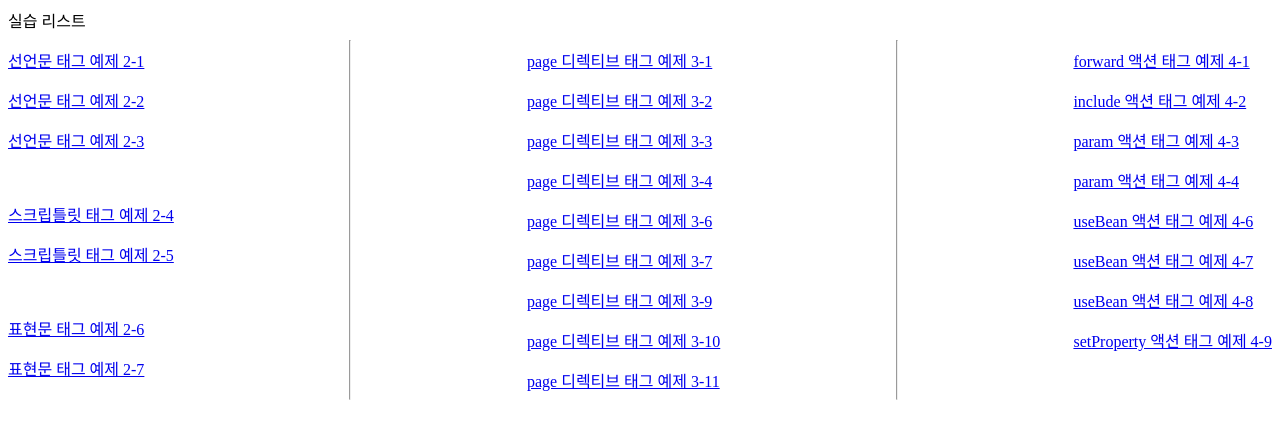
Repository: man332414/myJspStudy
Page: http://localhost/jspbook/
These files come from the project's save history. The page is drawn as it stood at one moment and after the next save; the edit follows.
The browser window is 1280 px wide. The pictures show the whole page.
The page is served by Tomcat 10. Nobody is signed in. The application's start-up code is not run.

Above is the page before, as saved 2024-10-10 07:37:58.

After the next save:
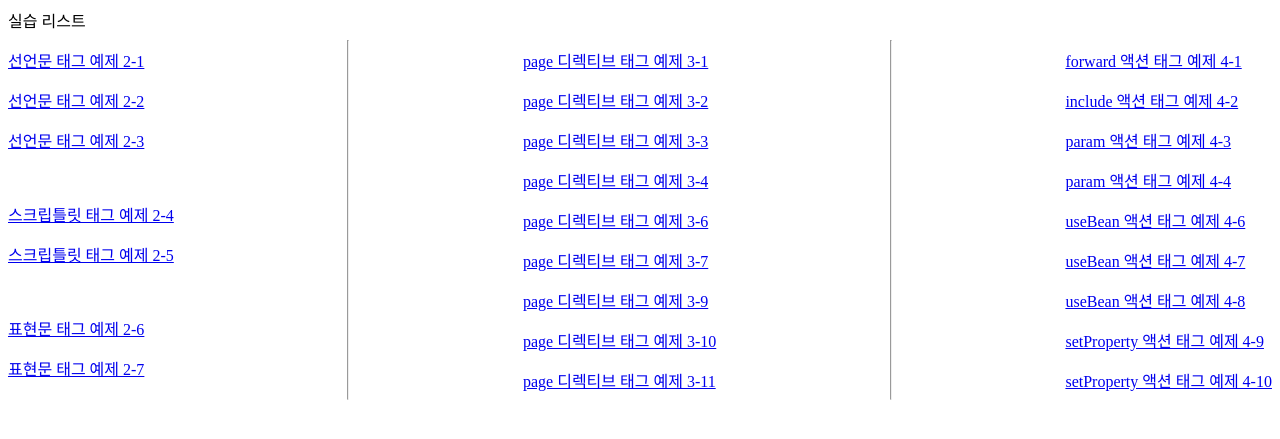
Saved 45 s later.
--- a/jspbook/src/main/webapp/index.jsp
+++ b/jspbook/src/main/webapp/index.jsp
@@ -42,6 +42,7 @@
 			<p><a href = "4_7"> useBean 액션 태그 예제 4-7</a></p>
 			<p><a href = "4_8"> useBean 액션 태그 예제 4-8</a></p>
 			<p><a href = "4_9"> setProperty 액션 태그 예제 4-9</a></p>
+			<p><a href = "4_10"> setProperty 액션 태그 예제 4-10</a></p>
 		</div>
 	</div>
 	<!-- <form action = "4_0" method = "post">
